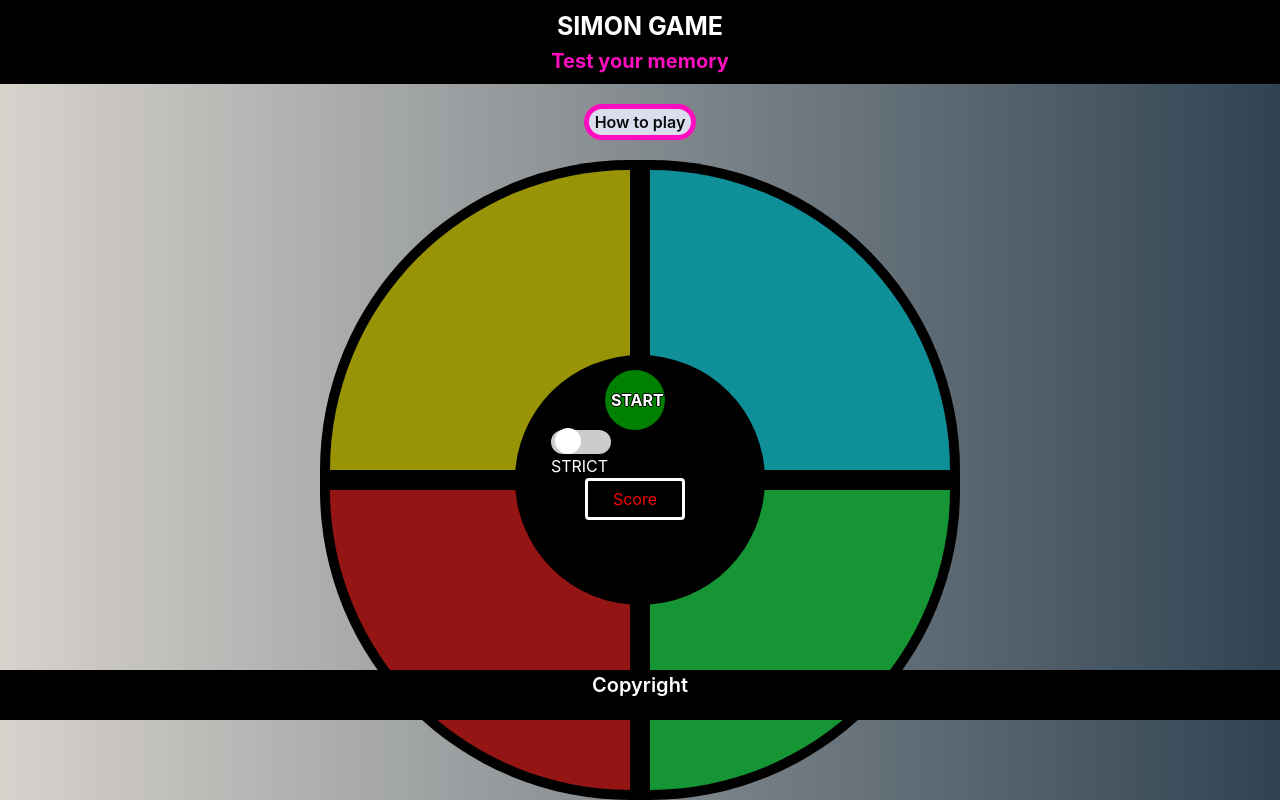
Repository: murphya14/Simon-game
Page: index.html
The author's editor kept a record of every edit. The page is drawn from the files as they stood at one moment, then again after the next edit.
The browser window is 1280 px wide. The pictures show the whole page.
After loading, the first visible `#start` was clicked once.

Above is the page before.

After the next edit:
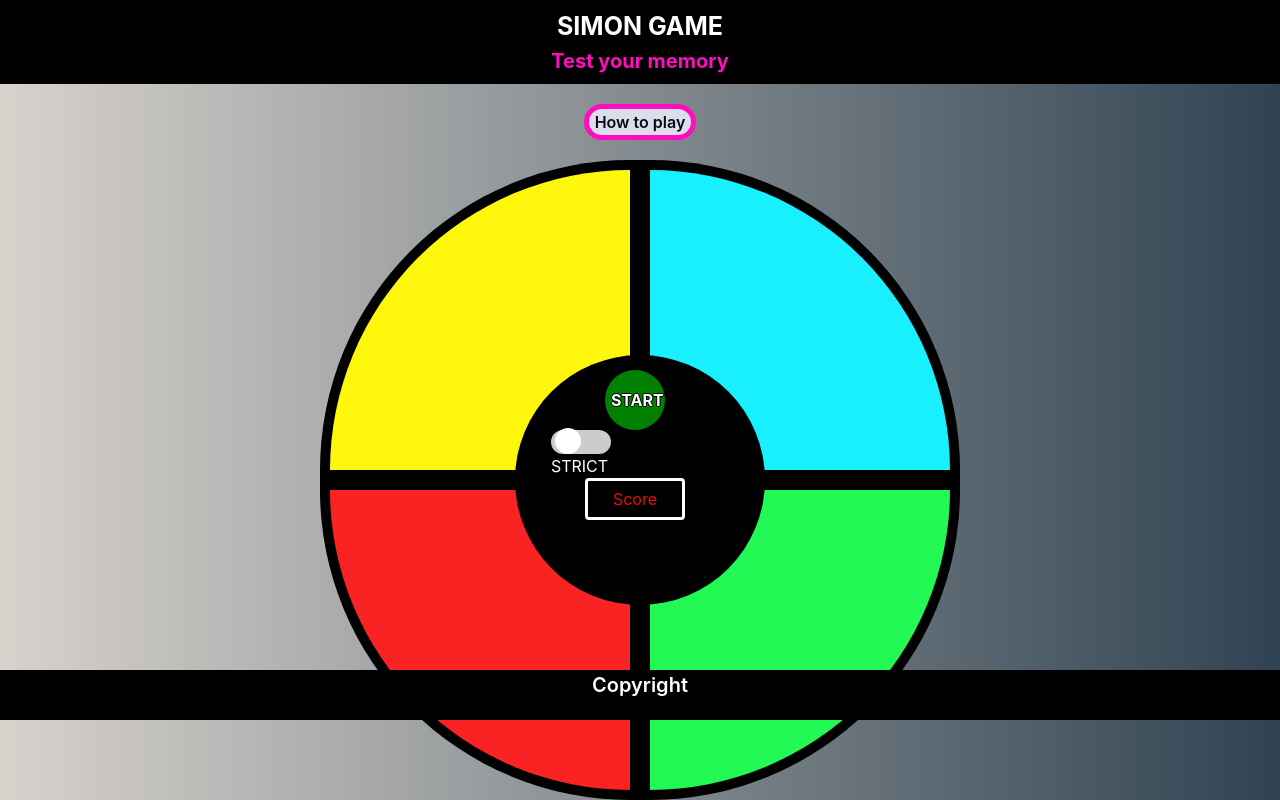
The edit:
--- a/assets/js/make.js
+++ b/assets/js/make.js
@@ -41,8 +41,12 @@
 
  /*--------------------------------------------------------------------------------- start button*/
 $(".start-button").click( function() {
-    $(".start-button").addClass(".begin-game-start");
-    $(".pad").addClass(".begin-game-pads");
+    $(".start-button").addClass("begin-game-start");
+    $(".pad").addClass("begin-game-pads");
+     $('.start-button').prop('disabled', true);
+     setTimeout(() => {
+             $('#start').prop('disabled', false);
+        }, 5000);
 })
 
 

After the 2 edits that followed:
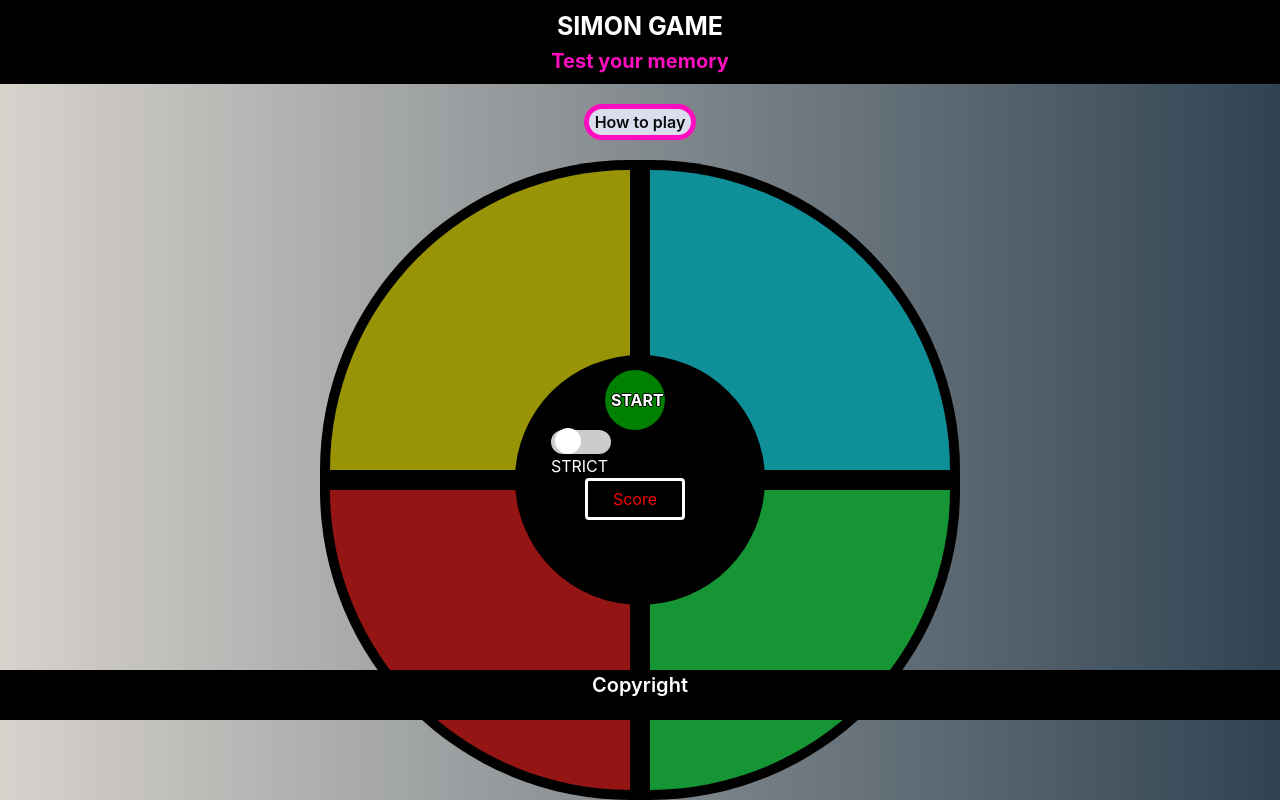
The 2 edits are shown as one change because 1 left the picture as it was.
The edit:
--- a/assets/js/make.js
+++ b/assets/js/make.js
@@ -43,9 +43,9 @@
 $(".start-button").click( function() {
     $(".start-button").addClass("begin-game-start");
     $(".pad").addClass("begin-game-pads");
-     $('.start-button').prop('disabled', true);
+     $('.pad').removeClass("begin-game-pads");
      setTimeout(() => {
-             $('#start').prop('disabled', false);
+             $('.pad').prop('disabled', false);
         }, 5000);
 })
 
